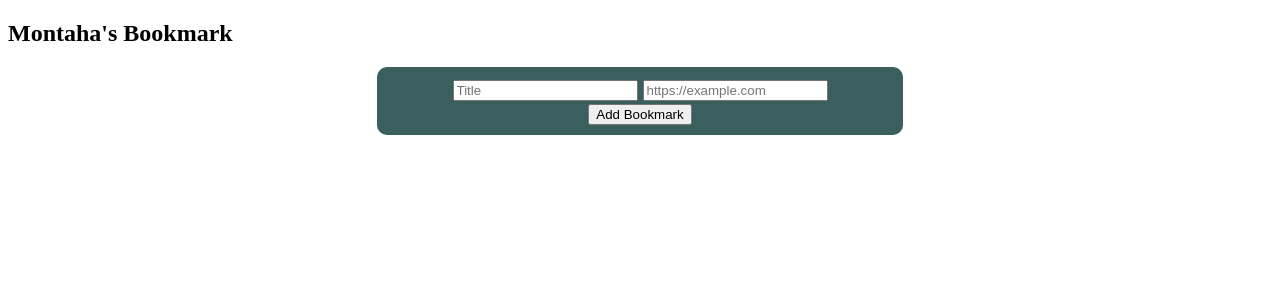
Repository: eidimontaha18-maker/finalproject
Page: index.html
An editor plug-in stored every save of this project. The page is shown before and after the next save, followed by the edit.
The browser window is 1280 px wide. The pictures show the whole page.

Above is the page before, as saved 2025-11-25 23:24:02.

After the next save:
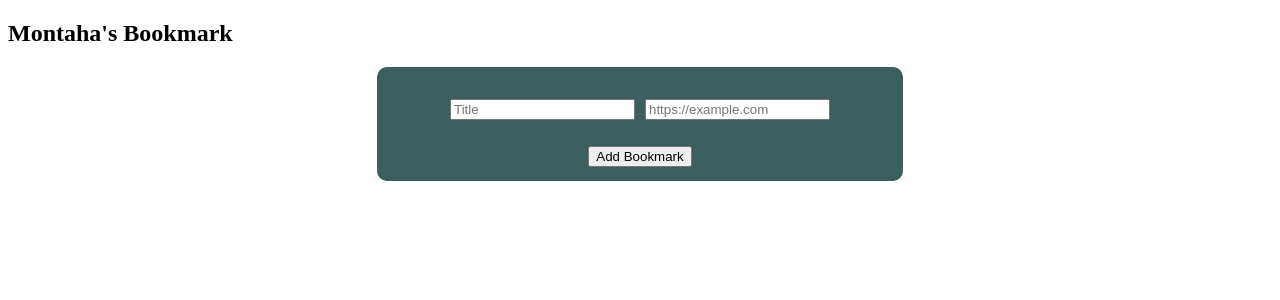
Saved 27 s later.
--- a/style.css
+++ b/style.css
@@ -5,5 +5,6 @@
     margin: auto;
     border-radius: 10px;
     text-align: center;
-    font-size: 20px;
+    font-size: 40px;
+
 }
